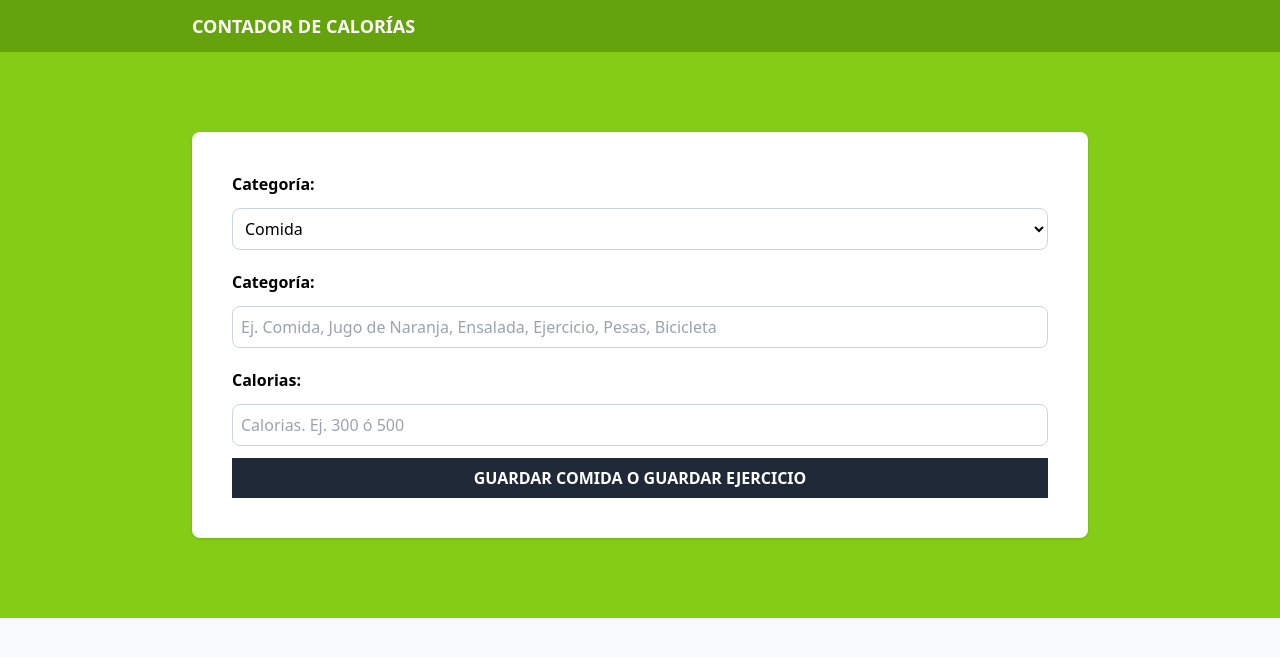
Repository: Samuel-Leal96/contador-calorias-react
Page: /
An editor plug-in stored every save of this project. The page is shown before and after the next save, followed by the edit.
The browser window is 1280 px wide. The pictures show the whole page.
The project was rebuilt for these pictures with package versions that can differ from the ones it lists, and the page was loaded fresh each time. Also part of the build but not shown: vite.config.ts.

Above is the page before, as saved 2025-10-25 16:03:23.

After the next save:
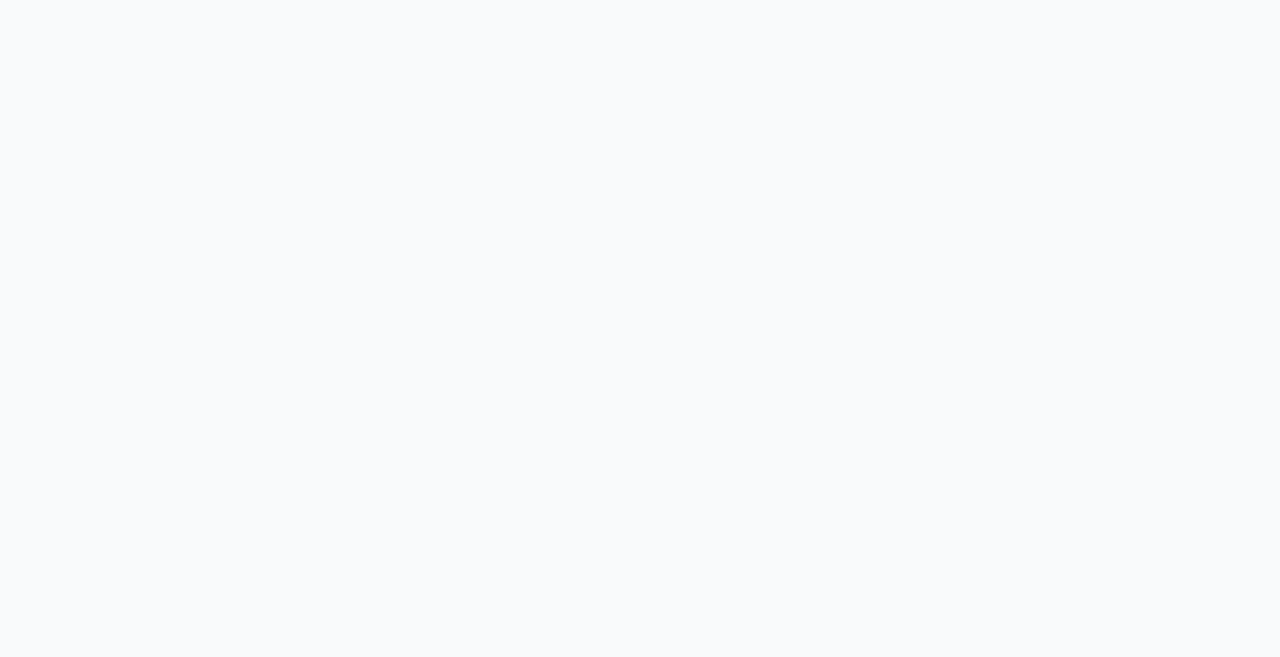
Console error: ReferenceError: useState is not defined
Saved 14 min 46 s later.
--- a/src/components/Form.tsx
+++ b/src/components/Form.tsx
@@ -2,6 +2,11 @@
 
 export default function
   () {
+
+  const [activity, setActivity] = useState({
+
+  })
+
   return (
     <div>
       <form
@@ -28,10 +33,10 @@
         </div>
 
         <div className="grid grid-cols-1 gap-3" >
-          <label htmlFor="activity" className="font-bold">Categoría:</label>
+          <label htmlFor="name" className="font-bold">Categoría:</label>
 
           <input
-            id="activity"
+            id="name"
             type="text"
             className="border border-slate-300 p-2 rounded-lg"
             placeholder="Ej. Comida, Jugo de Naranja, Ensalada, Ejercicio, Pesas, Bicicleta"

After the save that followed:
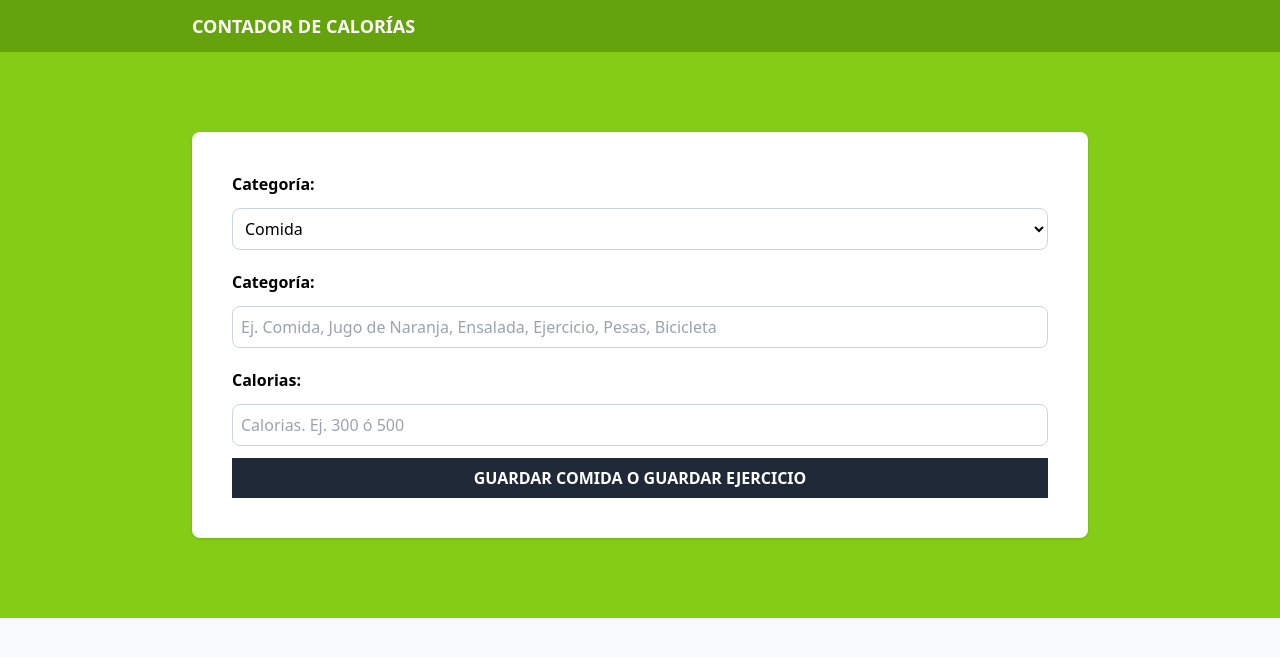
The error is gone.
Saved 2 min 56 s later.
--- a/src/components/Form.tsx
+++ b/src/components/Form.tsx
@@ -1,10 +1,13 @@
+import { useState } from "react"
 import { categories } from "../data/categories"
 
 export default function
   () {
 
   const [activity, setActivity] = useState({
-
+    category: 1,
+    name: '',
+    calories: 0
   })
 
   return (
@@ -19,6 +22,7 @@
           <select
             className="border border-slate-300 p-2 rounded-lg w-full bg-white"
             id="category"
+            value={activity.category}
           >
             {categories.map(category => (
               <option
